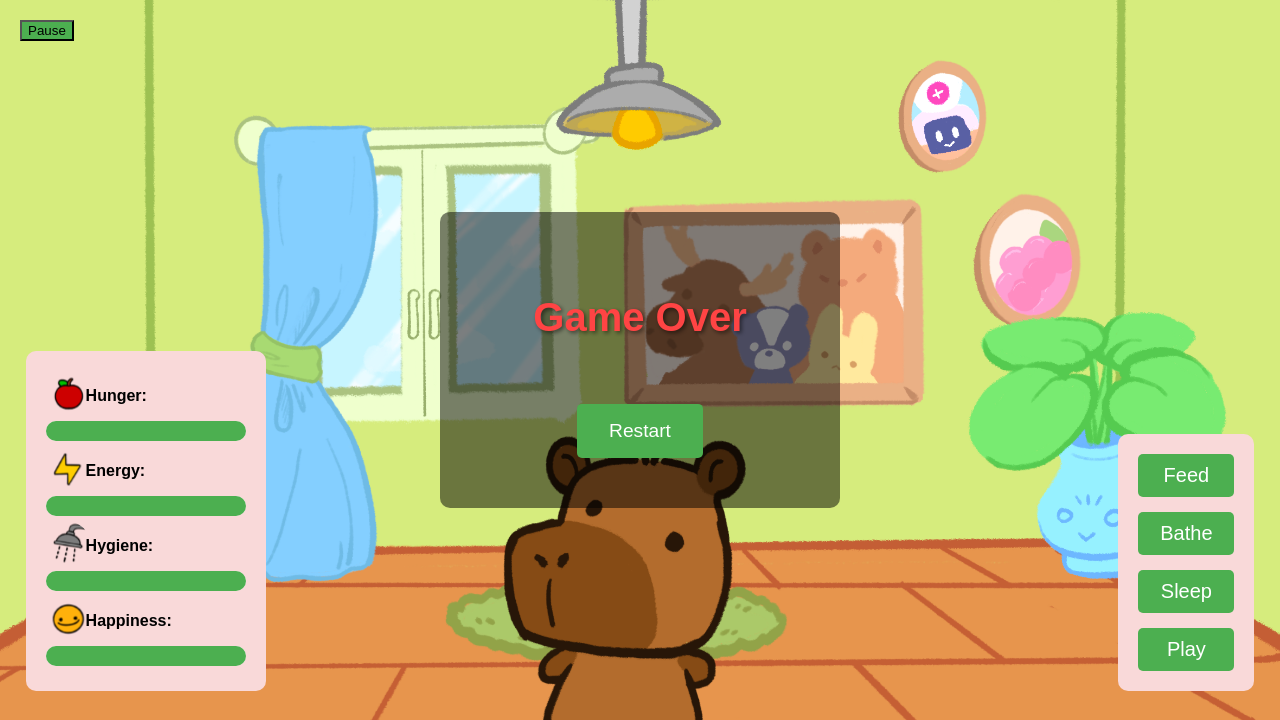
Repository: sarahjx/CapyCare
Page: html/index.html
These files come from the project's save history. The page is drawn as it stood at one moment and after a run of saves; the edit follows.
The browser window is 1280 px wide. The pictures show the whole page.
Some web fonts or font styles are not loaded; a fallback is used.

Above is the page before, as saved 2025-05-01 14:59:54.
Console error: TypeError: Cannot set properties of null (setting 'innerText')

After the next 5 saves:
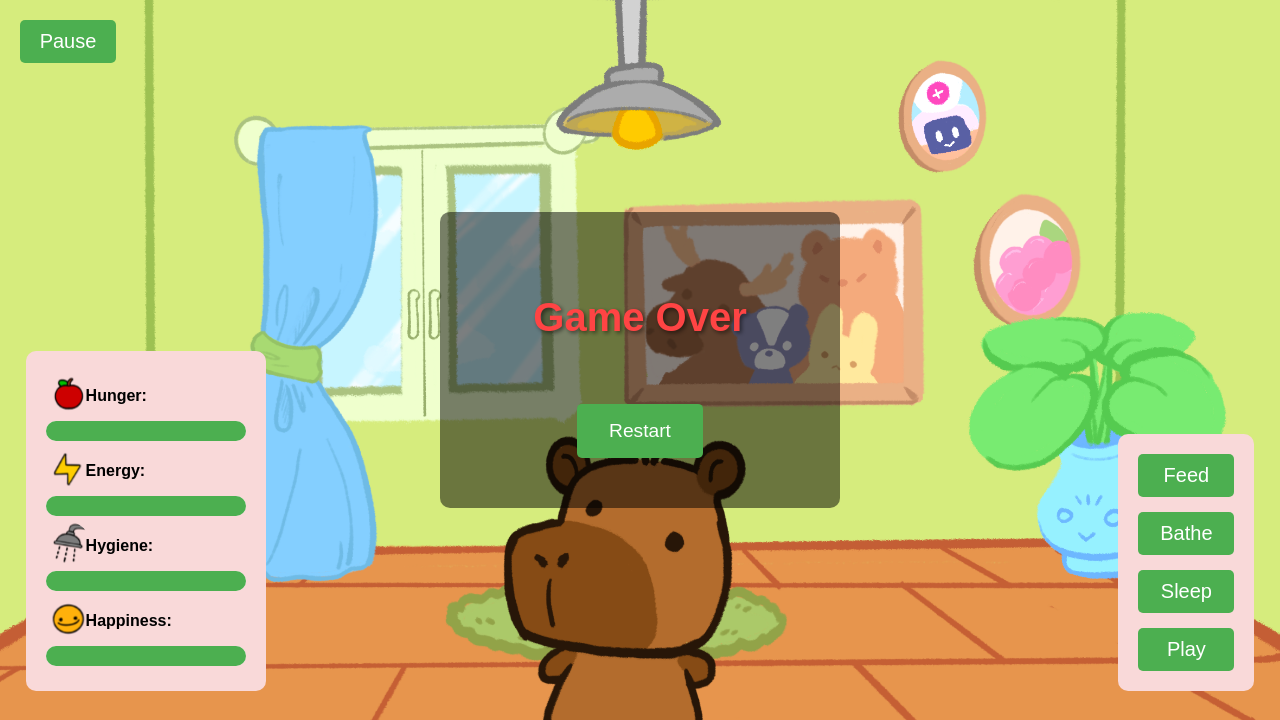
The 5 saves are shown as one change because they came seconds apart.
The last was saved 19 s later.
--- a/css/statusbar.css
+++ b/css/statusbar.css
@@ -133,7 +133,8 @@ body {
   bottom: 4%;
 }
 
-.action-button {
+.action-button,
+.pause-button{
   padding: 10px;
   border: none;
   border-radius: 5px;
